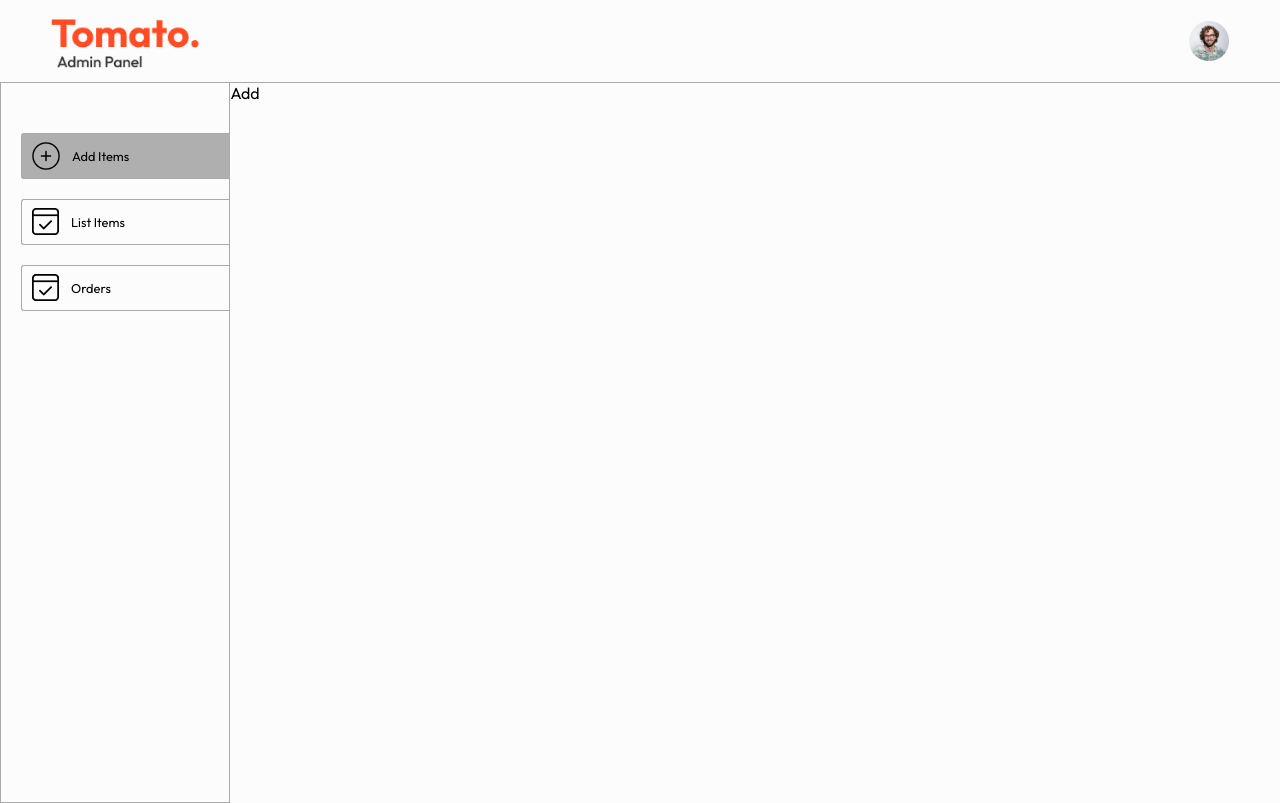
Repository: sodmaq/food-delivery
Page: /add (app in admin/)
The author's editor kept a copy of each file at every save. The page is drawn from the files as they stood at one save, then again after the next save.
The browser window is 1280 px wide. The pictures show the whole page.
The project was rebuilt for these pictures with package versions that can differ from the ones it lists, and the page was loaded fresh each time. Also part of the build but not shown: admin/vite.config.js, admin/src/pages/add/Add.css, admin/src/pages/orders/Orders.jsx. Imported but missing from the stored project, and not drawn on this page: admin/src/pages/list/List.

Above is the page before, as saved 2024-10-02 23:01:23.

### admin/index.html
<!DOCTYPE html>
<html lang="en">
  <head>
    <meta charset="UTF-8" />
    <link rel="icon" type="image/svg+xml" href="/vite.svg" />
    <meta name="viewport" content="width=device-width, initial-scale=1.0" />
    <title>Admin</title>
  </head>
  <body>
    <div id="root"></div>
    <script type="module" src="/src/main.jsx"></script>
  </body>
</html>

### admin/src/App.jsx
import { NavBar } from "./components/NavBar/NavBar";
import SideBar from "./components/sidebar/SideBar";
import Add from "./pages/add/Add";
import Order from "./pages/orders/Orders";
import List from "./pages/list/List";
import { Routes, Route } from "react-router-dom"; // Import Route

const App = () => {
  return (
    <div>
      <NavBar />
      <hr />
      <div className="app-content">
        <SideBar />
        <Routes>
          <Route path="/add" element={<Add />} />{" "}
          {/* Use Route for each path */}
          <Route path="/list" element={<List />} />
          <Route path="/order" element={<Order />} />
        </Routes>
      </div>
    </div>
  );
};

export default App;

### admin/src/index.css
@import url("https://fonts.googleapis.com/css2?family=Outfit:wght@100..900&display=swap");

* {
  padding: 0;
  margin: 0;
  box-sizing: border-box;
  font-family: Outfit;
  scroll-behavior: smooth;
}
body {
  min-height: 100vh;
  background-color: #fcfcfc;
}

a {
  text-decoration: none;
  color: inherit;
}
hr {
  height: 1px;
  background-color: #a9a9a9;
  border: none;
}

.app-content {
  display: flex;
}

### admin/src/components/NavBar/NavBar.jsx
import "./NavBar.css";
import { assets } from "../../assets/assets";
export const NavBar = () => {
  return (
    <div className="navbar">
      <img className="logo" src={assets.logo} alt="" />
      <img className="profile" src={assets.profile_image} alt="" />
    </div>
  );
};

### admin/src/components/sidebar/SideBar.jsx
import "./SideBar.css";
import { assets } from "../../assets/assets";
import { NavLink } from "react-router-dom";

const SideBar = () => {
  return (
    <div className="sidebar">
      <div className="sidebar-options">
        <NavLink to="/add" className="sidebar-option">
          <img src={assets.add_icon} alt="Add Icon" />
          <p>Add Items</p>
        </NavLink>
        <NavLink to="/list" className="sidebar-option">
          <img src={assets.list_icon || assets.order_icon} alt="List Icon" />{" "}
          {/* Make sure you're using the correct icon */}
          <p>List Items</p>
        </NavLink>
        <NavLink to="/order" className="sidebar-option">
          <img src={assets.order_icon} alt="Order Icon" />
          <p>Orders</p>
        </NavLink>
      </div>
    </div>
  );
};

export default SideBar;

### admin/src/pages/add/Add.jsx
import "./Add.css";

const Add = () => {
  return <div>Add</div>;
};

export default Add;

### admin/src/components/NavBar/NavBar.css
.navbar {
  display: flex;
  justify-content: space-between;
  align-items: center;
  padding: 8px 4%;
}

.navbar .logo {
  width: 150px;
}

.navbar .profile {
  width: 40px;
  cursor: pointer;
}

### admin/src/components/sidebar/SideBar.css
.sidebar {
  width: 18%;
  min-height: 100vh;
  border: 1.5px solid #a9a9a9;
  border-top: 0;
  font-size: max(1vw, 10px);
}

.sidebar-options {
  padding-top: 50px;
  padding-left: 20px;
  display: flex;
  flex-direction: column;
  gap: 40px;
  gap: 20px;
}

.sidebar-option {
  display: flex;
  align-items: center;
  gap: 12px;
  border: 1px solid #a9a9a9;
  border-right: 0;
  padding: 8px 10px;
  border-radius: 3px 0px 0px 3px;
  cursor: pointer;
  transition: 0.2s;
}
.sidebar-option.active {
  background-color: #afafaf;
}

@media screen and (max-width: 900px) {
  .sidebar-option p {
    display: none;
  }
}

Loaded but not shown: admin/src/main.jsx (common file); admin/src/assets/assets.js (common file); admin/src/pages/orders/Orders.css (no stored copy; drawn as an empty file)

After the next save:
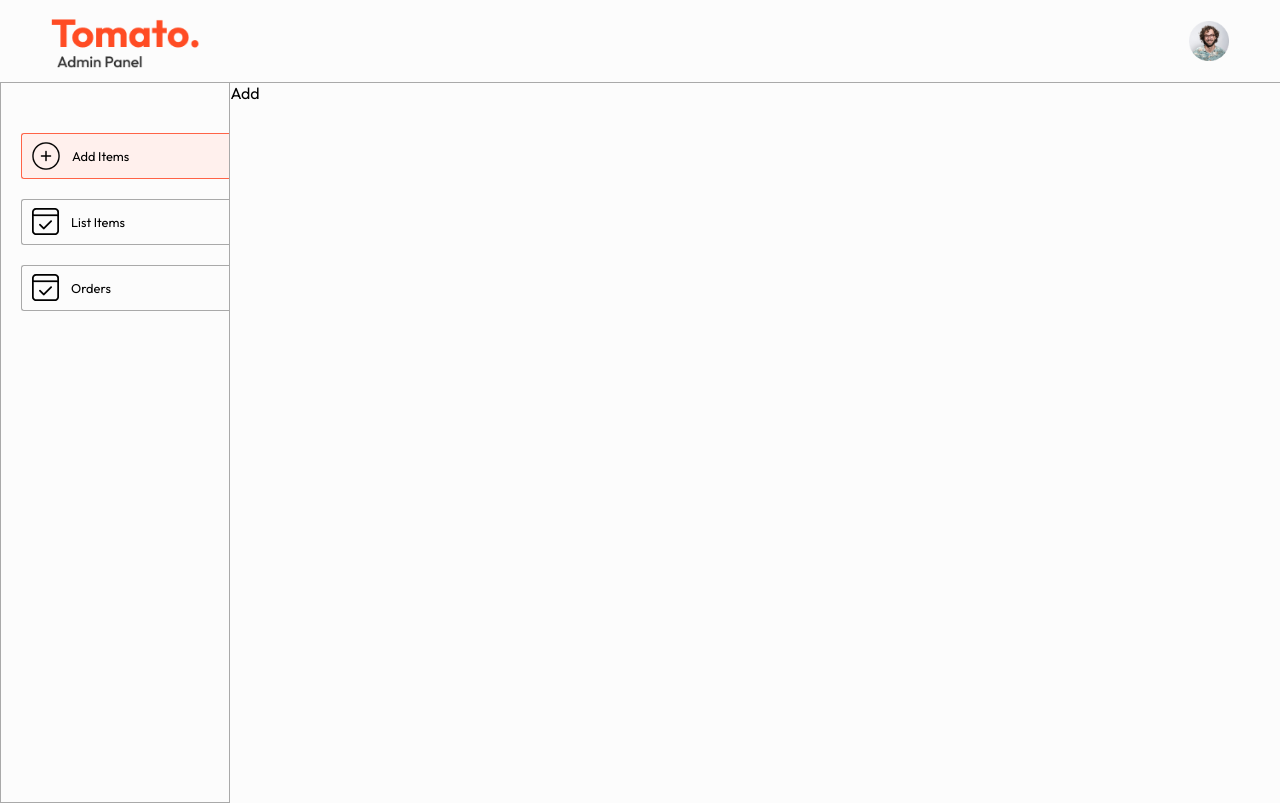
Saved 34 s later.
--- a/admin/src/components/sidebar/SideBar.css
+++ b/admin/src/components/sidebar/SideBar.css
@@ -27,7 +27,8 @@
   transition: 0.2s;
 }
 .sidebar-option.active {
-  background-color: #afafaf;
+  background-color: #fff0ed;
+  border-color: tomato;
 }
 
 @media screen and (max-width: 900px) {
